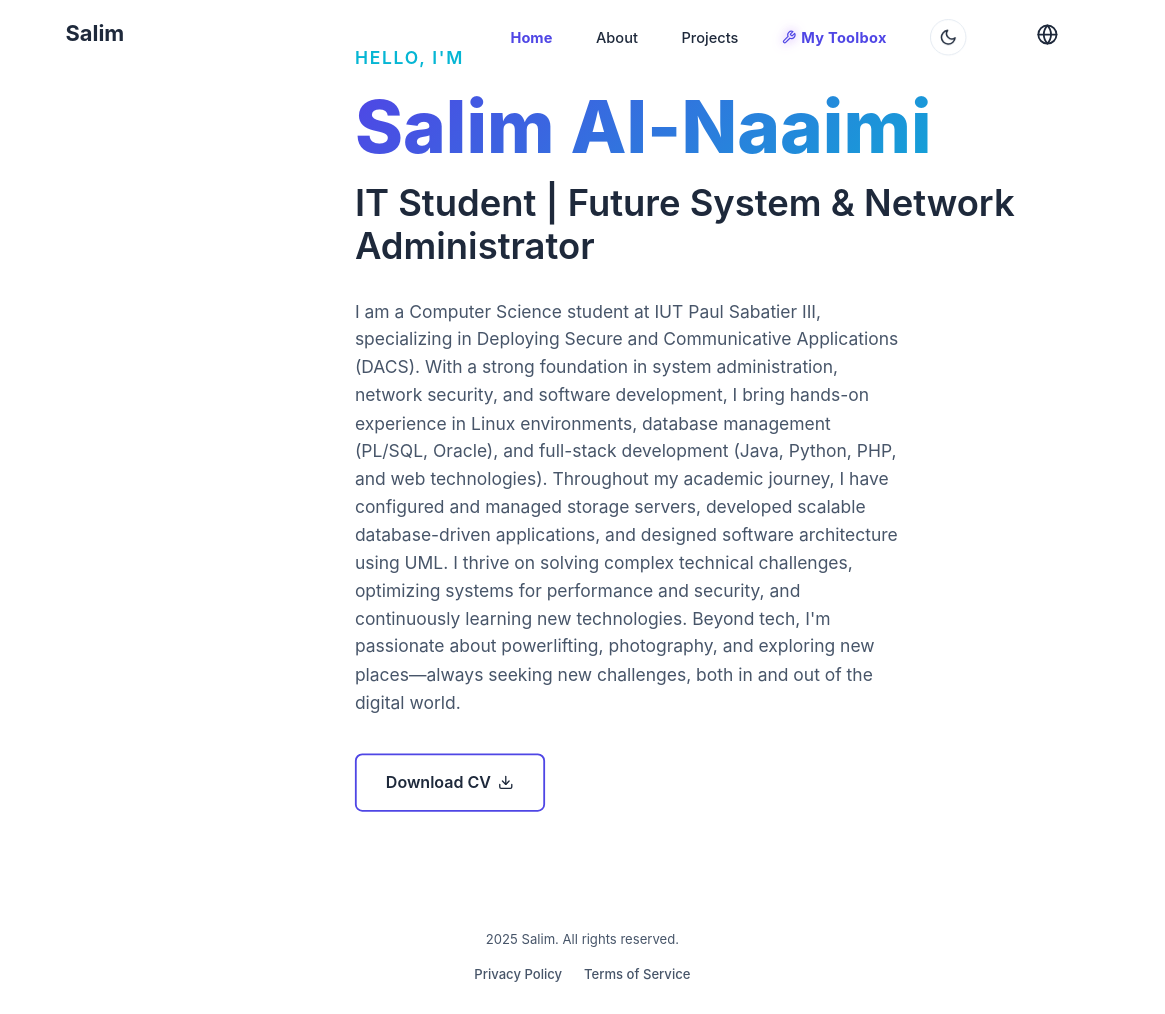
Repository: iisloomx/portfolio-V1
Page: /
An editor plug-in stored every save of this project. The page is shown before and after the next save, followed by the edit.
The browser window is 1280 px wide. The pictures show the whole page, at 91% of full size.
The project was rebuilt for these pictures with package versions that can differ from the ones it lists, and the page was loaded fresh each time. Also part of the build but not shown: vite.config.js.

Above is the page before, as saved 2025-05-12 09:51:37.

After the next save:
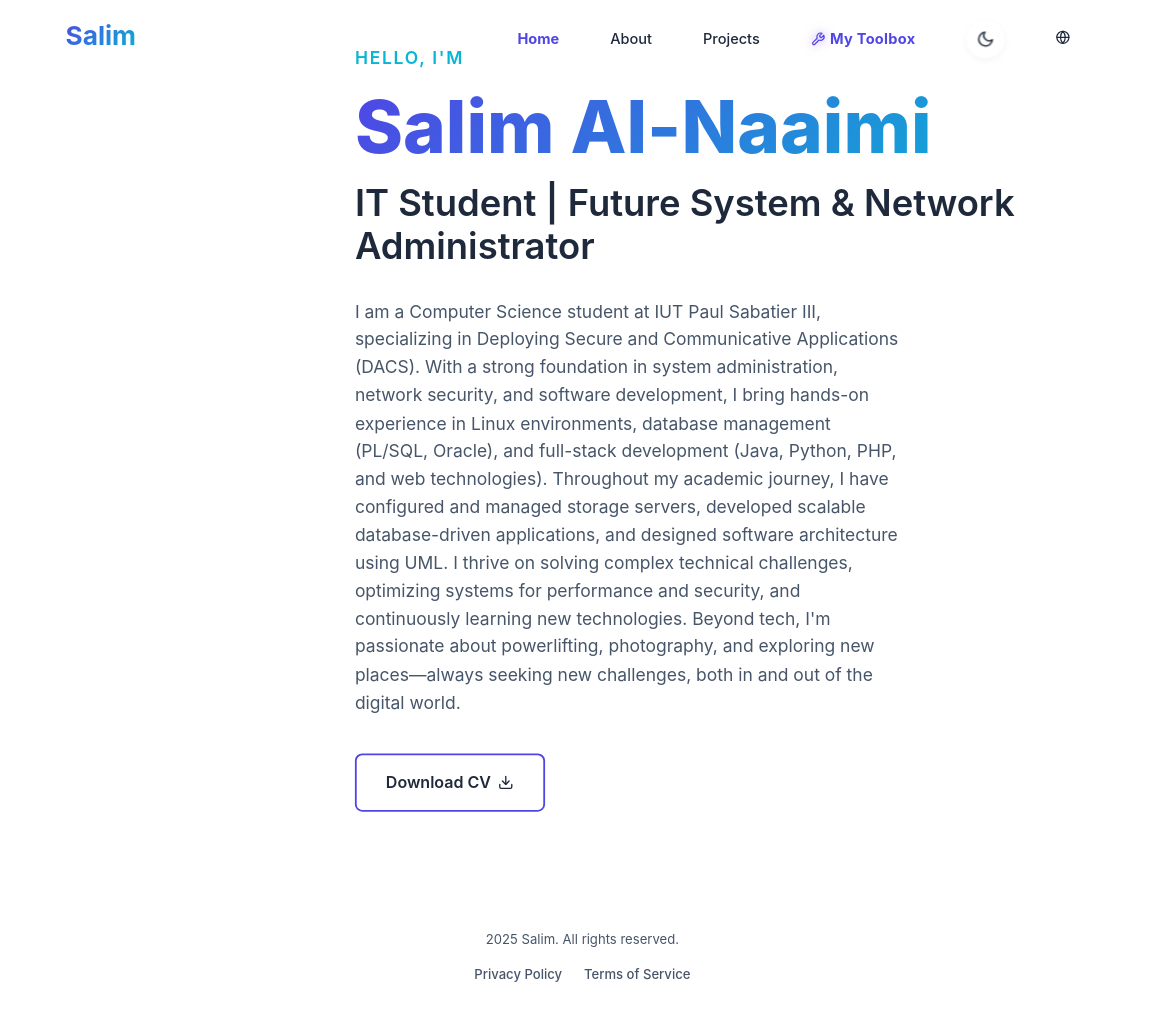
Saved 31 s later.
--- a/src/components/Header/Header.jsx
+++ b/src/components/Header/Header.jsx
@@ -13,37 +13,61 @@ const HeaderContainer = styled(motion.header)`
   right: 0;
   z-index: 1000;
   background: ${props => props.scrolled ? 'var(--card-bg)' : 'transparent'};
-  backdrop-filter: ${props => props.scrolled ? 'blur(10px)' : 'none'};
-  border-bottom: ${props => props.scrolled ? '1px solid var(--card-border)' : 'none'};
-  transition: all 0.3s ease;
+  backdrop-filter: ${props => props.scrolled ? 'blur(16px)' : 'none'};
+  -webkit-backdrop-filter: ${props => props.scrolled ? 'blur(16px)' : 'none'};
+  border-bottom: ${props => props.scrolled ? '1px solid var(--glass-border)' : 'none'};
+  box-shadow: ${props => props.scrolled ? '0 4px 30px rgba(0, 0, 0, 0.05)' : 'none'};
+  transition: all 0.4s ease;
   padding-bottom: 0;
 `;
 
 const Nav = styled.nav`
-  max-width: 1200px;
+  max-width: var(--max-width);
   margin: 0 auto;
-  padding: 0.75rem 2rem;
+  padding: 1rem 2rem;
   display: flex;
   justify-content: space-between;
   align-items: center;
 `;
 
-const Logo = styled.a`
-  font-size: 1.5rem;
-  font-weight: 700;
+const Logo = styled(RouterLink)`
+  font-size: 1.8rem;
+  font-weight: var(--font-weight-bold);
   color: var(--text);
   text-decoration: none;
-  transition: color 0.3s ease;
+  transition: all 0.3s ease;
   margin-bottom: 0.5rem;
-
-  &:hover {
-    color: var(--primary);
+  position: relative;
+  overflow: hidden;
+  display: inline-block;
+  background: linear-gradient(135deg, var(--primary) 0%, var(--accent) 100%);
+  -webkit-background-clip: text;
+  background-clip: text;
+  -webkit-text-fill-color: transparent;
+  text-fill-color: transparent;
+
+  &::after {
+    content: '';
+    position: absolute;
+    bottom: 0;
+    left: 0;
+    width: 100%;
+    height: 2px;
+    background: linear-gradient(90deg, var(--primary), var(--accent));
+    transform: scaleX(0);
+    transform-origin: right;
+    transition: transform 0.4s cubic-bezier(0.86, 0, 0.07, 1);
+  }
+
+  &:hover::after {
+    transform: scaleX(1);
+    transform-origin: left;
   }
 `;
 
 const NavLinks = styled.div`
   display: flex;
-  gap: 2rem;
+  gap: 2.5rem;
   align-items: center;
   margin-left: auto;
   padding-right: 1rem;
@@ -53,39 +77,35 @@ const NavLinks = styled.div`
   }
 `;
 
-const NavLink = styled.a`
+const NavLink = styled(RouterLink)`
   color: var(--text);
   text-decoration: none;
-  font-weight: 500;
-  font-size: 0.9rem;
-  padding: 0.25rem 0;
+  font-weight: var(--font-weight-medium);
+  font-size: 1rem;
+  padding: 0.5rem 0;
   transition: all 0.3s ease;
   position: relative;
-  margin-left: 1rem;
-
-  &:after {
+
+  &::after {
     content: '';
     position: absolute;
-    bottom: -2px;
-    left: 50%;
-    transform: translateX(-50%);
-    width: 0;
-    height: 1px;
-    background: var(--primary);
-    transition: width 0.3s ease;
-  }
-
-  &:hover:after {
+    bottom: 0;
+    left: 0;
     width: 100%;
+    height: 2px;
+    background: linear-gradient(90deg, var(--primary), var(--accent));
+    transform: scaleX(0);
+    transform-origin: right;
+    transition: transform 0.4s cubic-bezier(0.86, 0, 0.07, 1);
+  }
+
+  &:hover::after, &.active::after {
+    transform: scaleX(1);
+    transform-origin: left;
   }
 
   &.active {
     color: var(--primary);
-
-    &:after {
-      width: 100%;
-      background: var(--primary);
-    }
   }
 `;
 
@@ -93,19 +113,22 @@ const LanguageToggleButton = styled(motion.button)`
   background: transparent;
   border: none;
   color: var(--text);
-  font-size: 1.5rem;
+  font-size: 1rem;
+  font-weight: var(--font-weight-medium);
   cursor: pointer;
-  transition: color 0.3s ease;
-  margin-left: 1rem;
+  transition: all 0.3s ease;
+  padding: 0.5rem 1rem;
+  border-radius: 8px;
 
   &:hover {
     color: var(--primary);
+    background: rgba(var(--primary-rgb), 0.1);
   }
 `;
 
 const ThemeToggleButton = styled(motion.button)`
-  width: 40px;
-  height: 40px;
+  width: 42px;
+  height: 42px;
   border-radius: 50%;
   background: var(--card-bg);
   color: var(--text);
@@ -113,18 +136,21 @@ const ThemeToggleButton = styled(motion.button)`
   align-items: center;
   justify-content: center;
   cursor: pointer;
-  border: 1px solid var(--card-border);
+  border: 1px solid var(--glass-border);
   backdrop-filter: blur(10px);
+  -webkit-backdrop-filter: blur(10px);
   transition: all 0.3s ease;
   position: relative;
   overflow: hidden;
   padding: 0;
   margin-left: 1rem;
+  box-shadow: 0 2px 10px rgba(0, 0, 0, 0.05);
 
   &:hover {
+    transform: translateY(-3px);
     color: var(--primary);
     border-color: var(--primary);
-    box-shadow: 0 0 15px rgba(var(--primary-rgb), 0.3);
+    box-shadow: 0 6px 20px rgba(var(--primary-rgb), 0.25);
   }
 
   .icon-container {
@@ -146,16 +172,16 @@ const ThemeToggleButton = styled(motion.button)`
     top: 50%;
     left: 50%;
     transform: translate(-50%, -50%);
-    transition: all 0.3s ease;
+    transition: all 0.5s cubic-bezier(0.68, -0.55, 0.27, 1.55);
   }
 
   .sun-icon {
-    transform: ${props => props.theme === 'dark' ? 'translate(-50%, -50%)' : 'translate(-50%, -150%)'};
+    transform: ${props => props.theme === 'dark' ? 'translate(-50%, -50%) rotate(0)' : 'translate(-50%, -150%) rotate(-180deg)'};
     opacity: ${props => props.theme === 'dark' ? 1 : 0};
   }
 
   .moon-icon {
-    transform: ${props => props.theme === 'light' ? 'translate(-50%, -50%)' : 'translate(-50%, 50%)'};
+    transform: ${props => props.theme === 'light' ? 'translate(-50%, -50%) rotate(0)' : 'translate(-50%, 50%) rotate(180deg)'};
     opacity: ${props => props.theme === 'light' ? 1 : 0};
   }
 `;
@@ -298,14 +324,14 @@ const Header = () => {
       >
         <Nav>
           <Logo
-            href="#home"
+            to="#home"
           >
             Salim
           </Logo>
 
           <NavLinks>
             {navLinks.map((link, index) => (
-                <RouterLink
+                <NavLink
                   key={index}
                   to={link.to}
                   style={{
@@ -318,7 +344,7 @@ const Header = () => {
                   }}
                 >
                   {link.label}
-                </RouterLink>
+                </NavLink>
             ))}
             <ThemeToggleButton
               onClick={toggleTheme}
@@ -353,7 +379,7 @@ const Header = () => {
             {navLinks.map((link, index) => (
               <MobileNavLink
                 key={index}
-                href={link.to}
+                to={link.to}
               >
                 {link.label}
               </MobileNavLink>
